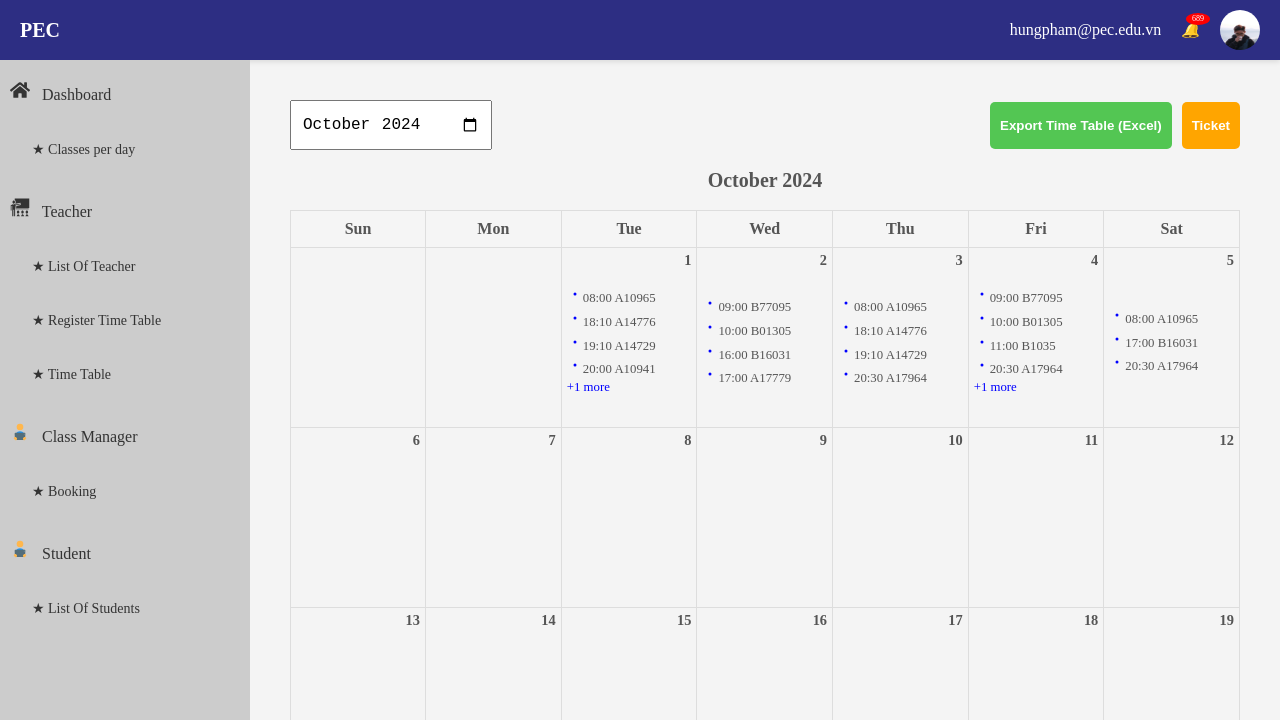
Repository: BitDanceLabels/Bumblebee_BDG
Page: /teacher-timetable
An editor plug-in stored every save of this project. The page is shown before and after the next save, followed by the edit.
The browser window is 1280 px wide. The pictures show the whole page.
An inner scrolling area shows only its first screen. The project was rebuilt for these pictures with package versions that can differ from the ones it lists, and the page was loaded fresh each time. Also part of the build but not shown: vite.config.js, src/components/Dashboard/ScheduleComponent.jsx, src/components/Management/Booking.jsx, src/components/modal/CreateStudentModal.jsx, src/components/Student/ListOfStudent.jsx, src/components/modal/CreateTeacherModal.jsx, src/components/Teacher/TeacherTable.jsx, src/components/Teacher/ListOfTeacher.jsx and 9 more. Imported but missing from the stored project, and not drawn on this page: src/components/modal/DeactiveStudentModal.

Above is the page before, as saved 2024-10-07 10:09:28.

### index.html
<!DOCTYPE html>
<html lang="en">
  <head>
    <meta charset="UTF-8" />
    <link rel="icon" type="image/svg+xml" href="/vite.svg" />
    <meta name="viewport" content="width=device-width, initial-scale=1.0" />
    <title>Power English CRM</title>
  </head>
  <body>
    <div id="root"></div>
    <script type="module" src="/src/main.jsx"></script>
  </body>
</html>

### src/main.jsx
import { StrictMode } from 'react'
import { createRoot } from 'react-dom/client'
import MainApp from './pages/MainApp.jsx'
import App from './App.jsx'
import './index.css'

createRoot(document.getElementById('root')).render(
  <StrictMode>
    <MainApp />
  </StrictMode>
)

### src/pages/MainApp.jsx
import React from 'react'
import Header from '../components/General/Header'
import Navbar from '../components//General/Navbar'
import ScheduleComponent from '../components/Dashboard/ScheduleComponent'
import Booking from '../components/Management/Booking'
import ListOfStudent from '../components/Student/ListOfStudent'
import ListOfTeacher from '../components/Teacher/ListOfTeacher'
import { BrowserRouter as Router, Route, Routes } from 'react-router-dom'
import styled from 'styled-components'
import TeacherTabs from '../components/Teacher/TeacherTabs'
import StudentProfile from '../components/Student/StudentProfile'
import TeacherRegisterTimeTable from '../components/Teacher/TeacherRegisterTimeTable'
import TeacherTimeTable from '../components/Teacher/TeacherTimeTable'
import CourseInfo from '../components/Student/CourseInfo'

function MainApp() {
  return (
    <Router>
      <MainAppWrapper>
        <HeaderWrapper>
          <Header />
        </HeaderWrapper>
        <div className="main-layout">
          <NavbarWrapper>
            <Navbar />
          </NavbarWrapper>
          <ContentWrapper>
            <Routes>
              <Route path="/classes" element={<ScheduleComponent />} />
              <Route path="/booking" element={<Booking />} />
              <Route path="/students" element={<ListOfStudent />} />
              <Route path="/teacher" element={<ListOfTeacher />} />
              <Route path="/teacher-profile" element={<TeacherTabs />} />
              <Route path="/student-profile" element={<StudentProfile />} />
              <Route path="/teacher-timetable" element={<TeacherTimeTable />} />
              <Route path="/course-info" element={<CourseInfo />} />
              <Route
                path="/teacher-register"
                element={<TeacherRegisterTimeTable />}
              />
              {/* Add more routes as needed */}
            </Routes>
          </ContentWrapper>
        </div>
      </MainAppWrapper>
    </Router>
  )
}

const MainAppWrapper = styled.main`
  width: 100%;
  display: flex;
  flex-direction: column;
  height: 100vh;

  .main-layout {
    display: flex;
    flex-grow: 1;
  }
`

const HeaderWrapper = styled.header`
  position: fixed;
  top: 0;
  width: 100%;
  z-index: 1000;
  background-color: white;
  box-shadow: 0 2px 5px rgba(0, 0, 0, 0.1);
`

const NavbarWrapper = styled.nav`
  position: fixed;
  top: 60px;
  left: 0;
  height: calc(100vh - 60px);
  width: 250px;
  background-color: #ccc;
  color: white;
  z-index: 1000;
`

const ContentWrapper = styled.div`
  margin-top: 60px;
  margin-left: 250px;
  padding: 20px;
  flex-grow: 1;
  background-color: #f4f4f4;
  min-height: 100%;
  overflow-y: auto;
`

export default MainApp

### src/index.css
/*
--- 01 TYPOGRAPHY SYSTEM

- Font sizes (px)
10 / 12 / 14 / 16 / 18 / 20 / 24 / 30 / 36 / 44 / 52 / 62 / 74 / 86 / 98
h2: 3.6rem
h3: 2.4rem
p: 1.8rem

- Font weights
Default: 400
Medium: 500
Semi-bold: 600
Bold: 700

- Line heights
Default: 1
Small: 1.05
Medium: 1.2
Paragraph default: 1.6
Large: 1.8

- Letter spacing
-0.5px
0.75px


--- 05 SHADOWS

0 2.4rem 4.8rem rgba(0, 0, 0, 0.075);

--- 06 BORDER-RADIUS

Default: 9px
Medium: 11px

--- 07 WHITESPACE

- Spacing system (px)
2 / 4 / 8 / 12 / 16 / 24 / 32 / 48 / 64 / 80 / 96 / 128
*/

/* google font */
@import url('https://fonts.googleapis.com/css2?family=Rubik:wght@400;500;600;700&display=swap');
* {
  padding: 0;
  margin: 0;
  box-sizing: border-box;
}

html {
  /* font-size: 10px; */

  /* 10px / 16px = 0.625 = 62.5% */
  /* Percentage of user's browser font-size setting */
  font-size: 62.5%;
  overflow-x: hidden;

  /* Does NOT work on Safari */
  scroll-behavior: smooth;
}

body {
  font-family: 'Times New Roman', Times, serif;
  line-height: 1;
  font-weight: 400;
  color: #555;
  /* background-color: #f9f9f9; */
  background-color: #f1f3f5;

  /* Only works if there is nothing absolutely positioned in relation to body */
  overflow-x: hidden;
}

/**************************/
/* GENRAL REUSABLE COMPONENTS */
/**************************/

/* container */
.container {
  max-width: 1200px;
  margin: 0 auto;
  padding: 0 1.8rem;
}

@media screen and (min-width: 768px) {
  .container {
    padding: 0 3.4rem;
  }
}

@media screen and (min-width: 1400px) {
  .container {
    padding: 0 1rem;
  }
}

.grid {
  display: grid;
  column-gap: 6.4rem;
  row-gap: 9.6rem;

  /* margin-bottom: 9.6rem; */
}

.flex {
  display: flex;
  align-items: center;
}

/* .grid:last-child {
    margin-bottom: 0;
  } */

.grid:not(:last-child) {
  margin-bottom: 9.6rem;
}

.grid--2-cols {
  grid-template-columns: repeat(2, 1fr);
}

.grid--3-cols {
  grid-template-columns: repeat(3, 1fr);
}

.grid--4-cols {
  grid-template-columns: repeat(4, 1fr);
}

/* .grid--5-cols {
    grid-template-columns: repeat(5, 1fr);
  } */

.grid--center-v {
  align-items: center;
}

.white-space-large {
  margin-bottom: 12.8rem;
}

.white-space-medium {
  margin-bottom: 9.6rem;
}

.white-space-medium--top {
  margin-top: 9.6rem;
}

.white-space-small {
  margin-bottom: 6.4rem;
}

.white-space-small--top {
  margin-top: 6.4rem;
}

/* .heading-primary,
.heading-secondary,
.heading-tertiary {
  font-weight: 700;
  color: #333;
  letter-spacing: -0.5px;
}

.heading-primary {
  font-size: 5.2rem;
  line-height: 1.05;
  margin-bottom: 3.2rem;
}

.heading-secondary {
  font-size: 4.4rem;
  line-height: 1.2;
  margin-bottom: 9.6rem;
}

.heading-tertiary {
  font-size: 3rem;
  line-height: 1.2;
  margin-bottom: 3.2rem;
}

.subheading {
  display: block;
  font-size: 1.6rem;
  font-weight: 500;
  color: #1971c2;
  text-transform: uppercase;
  margin-bottom: 1.6rem;
  letter-spacing: 0.75px;
} */
/*
.btn,
.btn:link,
.btn:visited {
  display: inline-block;

  text-decoration: none;
  font-size: 2rem;
  font-weight: 600;
  padding: 1.6rem 3.2rem;
  border-radius: 9px;

  border: none;
  cursor: pointer;
  font-family: inherit;
  transition: all 0.3s;
}

.btn--full:link,
.btn--full:visited {
  background-color: #1971c2;
  color: #fff;
}

.btn--full:hover,
.btn--full:active {
  background-color: #1971c2;
}

.btn--outline:link,
.btn--outline:visited {
  background-color: #fff;
  color: #555;
}

.btn--outline:hover,
.btn--outline:active {
  background-color: #fdf2e9;
  box-shadow: inset 0 0 0 3px #fff;
}

.btn--form {
  background-color: #45260a;
  color: #fdf2e9;
  align-self: end;
  padding: 1.2rem;
}

.btn--form:hover {
  background-color: #fff;
  color: #555;
}
*/
/* .link:link,
.link:visited {
  display: inline-block;
  color: #1971c2;
  text-decoration: none;
  border-bottom: 1px solid currentColor;
  padding-bottom: 2px;
  transition: all 0.3s;
}

.link:hover,
.link:active {
  color: #1971c2;
  border-bottom: 1px solid transparent;
}

.list {
  list-style: none;
  display: flex;
  flex-direction: column;
  gap: 1.6rem;
}

.list-item {
  font-size: 1.8rem;
  display: flex;
  align-items: center;
  gap: 1.6rem;
  line-height: 1.2;
}

.list-icon {
  width: 3rem;
  height: 3rem;
  color: #1971c2;
} */

/**/
/* *:focus {
  outline: none;
  box-shadow: 0 0 0 0.3rem #1971c2;
} */

/* HELPER/SETTINGS CLASSES */
.margin-right-sm {
  margin-right: 1.6rem !important;
}

.margin-bottom-md {
  margin-bottom: 4.8rem !important;
}

.center-text {
  text-align: center;
}

strong {
  font-weight: 500;
}

### src/components/General/Header.jsx
import React from 'react'
import avt from '../../assets/avt.jpg'
import styled from 'styled-components'

const Header = () => {
  return (
    <HeaderWrapper>
      <header className="header">
        <div className="header-left">
          <h1>PEC</h1>
        </div>
        <div className="header-right">
          <span className="account-email">hungpham@pec.edu.vn</span>
          <div className="notification">
            <i className="bell-icon">🔔</i>
            <span className="notification-count">689</span>
          </div>
          <img src={avt} alt="avatar" className="avatar" />
        </div>
      </header>
    </HeaderWrapper>
  )
}

const HeaderWrapper = styled.header`
  .header {
    background-color: #2d2e83;
    color: white;
    display: flex;
    justify-content: space-between;
    align-items: center;
    padding: 10px 20px;
  }

  .header-left h1 {
    margin: 0;
    font-size: 2rem;
  }

  .header-right {
    display: flex;
    align-items: center;
  }

  .account-email {
    margin-right: 20px;
    font-size: 1.6rem;
  }

  .notification {
    position: relative;
    margin-right: 20px;
  }

  .bell-icon {
    font-size: 1.5em;
    cursor: pointer;
  }

  .notification-count {
    position: absolute;
    top: -10px;
    right: -10px;
    background-color: red;
    color: white;
    border-radius: 50%;
    padding: 2px 6px;
    font-size: 0.8em;
  }

  .avatar {
    width: 40px;
    height: 40px;
    border-radius: 50%;
    cursor: pointer;
  }
`

export default Header

### src/components/General/Navbar.jsx
import React, { useState } from 'react'
import styled from 'styled-components'
import { FaHome } from 'react-icons/fa'
import { GiTeacher } from 'react-icons/gi'
import { FcReadingEbook } from 'react-icons/fc'
import { Link } from 'react-router-dom' // Import Link from react-router-dom

const Navbar = () => {
  const [activeItem, setActiveItem] = useState('dashboard')

  const handleItemClick = (item) => {
    setActiveItem(item)
  }

  return (
    <NavbarWrapper>
      <nav className="navbar">
        <ul>
          <li onClick={() => handleItemClick('classes')}>
            <Link to="/classes">
              <FaHome style={{ marginRight: '8px', fontSize: '20px' }} />{' '}
              Dashboard
            </Link>
          </li>

          {/* Submenu for Classes per day */}
          <ul className="sub-menu">
            <li
              className={activeItem === 'classes' ? 'active' : ''}
              onClick={() => handleItemClick('classes')}
            >
              <Link to="/classes">★ Classes per day</Link>
            </li>
          </ul>

          <li onClick={() => handleItemClick('teacher')}>
            <Link to="/teacher">
              <GiTeacher style={{ marginRight: '8px', fontSize: '20px' }} />{' '}
              Teacher
            </Link>
          </li>

          {/* Submenu for List Of Teacher */}
          <ul className="sub-menu">
            <li
              className={activeItem === 'teacher' ? 'active' : ''}
              onClick={() => handleItemClick('teacher')}
            >
              <Link to="/teacher">★ List Of Teacher</Link>
            </li>

            <li
              className={activeItem === 'teacher-register' ? 'active' : ''}
              onClick={() => handleItemClick('teacher-register')}
            >
              <Link to="/teacher-register">★ Register Time Table</Link>
            </li>

            <li
              className={activeItem === 'teacher-timetable' ? 'active' : ''}
              onClick={() => handleItemClick('teacher-timetable')}
            >
              <Link to="/teacher-timetable">★ Time Table</Link>
            </li>
          </ul>

          <li onClick={() => handleItemClick('booking')}>
            <Link to="/booking">
              <FcReadingEbook
                style={{ marginRight: '8px', fontSize: '20px' }}
              />{' '}
              Class Manager
            </Link>
          </li>

          {/* Submenu for Booking */}
          <ul className="sub-menu">
            <li
              className={activeItem === 'booking' ? 'active' : ''}
              onClick={() => handleItemClick('booking')}
            >
              <Link to="/booking">★ Booking</Link>
            </li>
          </ul>

          <li onClick={() => handleItemClick('listOfStudent')}>
            <Link to="/students">
              <FcReadingEbook
                style={{ marginRight: '8px', fontSize: '20px' }}
              />{' '}
              Student
            </Link>
          </li>

          {/* Submenu for List Of Students */}
          <ul className="sub-menu">
            <li
              className={activeItem === 'listOfStudent' ? 'active' : ''}
              onClick={() => handleItemClick('listOfStudent')}
            >
              <Link to="/students">★ List Of Students</Link>
            </li>
          </ul>
        </ul>
      </nav>
    </NavbarWrapper>
  )
}

const NavbarWrapper = styled.nav`
  width: 14%;
  .navbar {
    width: 250px;
    background-color: #ccc;
    color: white;
    height: 100%;
  }

  .navbar ul {
    list-style-type: none;
    padding: 0;
    margin: 0;
  }

  .navbar li {
    padding: 10px 0;
    cursor: pointer;
    color: white;
    width: 100%;
  }

  .navbar li a {
    width: 100%;
    padding: 10px;
    color: #333;
    font-weight: 500;
    font-size: 16px;
    display: inline-block;
    transition: transform 0.3s ease;
    text-decoration: none;
  }

  .navbar li:hover a {
    transform: scale(1.2);
    transform-origin: left;
  }

  .navbar li.active {
    background-color: #e1f644;
  }

  /* Submenu styles */
  .sub-menu {
    list-style-type: none;
    padding-left: 20px;
  }

  .sub-menu li {
    padding: 10px 0;
  }

  .sub-menu li a {
    font-size: 14px;
    width: 100%;
    padding-left: 32px;
  }
`

export default Navbar

### src/components/Teacher/TeacherTimeTable.jsx
import React, { useState, useRef } from 'react'
import styled from 'styled-components'
import { BsDot } from 'react-icons/bs'

// Styled components
const Container = styled.div`
  padding: 20px;
`

const Header = styled.div`
  display: flex;
  justify-content: space-between;
  align-items: center;
  margin-bottom: 20px;
`

const ButtonWrapper = styled.div``

const Button = styled.button`
  padding: 16px 10px;
  background-color: #53c653;
  border: none;
  color: white;
  border-radius: 5px;
  cursor: pointer;
  font-weight: bold;

  &:hover {
    background-color: #46b346;
  }
`

const ExcelButton = styled.button`
  padding: 16px 10px;
  background-color: #53c653;
  border: none;
  color: white;
  border-radius: 5px;
  cursor: pointer;
  font-weight: bold;
  margin-right: 10px;

  &:hover {
    background-color: #46b346;
  }
`

const TicketButton = styled.button`
  padding: 16px 10px;
  background-color: orange;
  border: none;
  color: white;
  border-radius: 5px;
  cursor: pointer;
  font-weight: bold;

  &:hover {
    background-color: #46b346;
  }
`

const CancelButton = styled.button`
  padding: 16px 10px;
  background-color: red;
  border: none;
  color: white;
  border-radius: 5px;
  cursor: pointer;
  font-weight: bold;

  &:hover {
    background-color: #46b346;
  }
`

const SubmitButton = styled.button`
  padding: 16px 10px;
  background-color: #53c653;
  border: none;
  color: white;
  border-radius: 5px;
  cursor: pointer;
  font-weight: bold;

  &:hover {
    background-color: #46b346;
  }
`

const Month = styled.h3`
  text-align: center;
  font-size: 20px;
`

const CalendarTable = styled.table`
  width: 100%;
  border-collapse: collapse;
  margin-top: 20px;
`

const CalendarHeader = styled.th`
  padding: 10px;
  border: 1px solid #ddd;
  background-color: #f5f5f5;
  text-align: center;
  font-size: 16px;
`

const CalendarCell = styled.td`
  vertical-align: center;
  border: 1px solid #ddd;
  position: relative;
  padding: 5px;
  width: 150px; // Set fixed width
  height: 180px;
  font-size: 16px;
`

const DayNumber = styled.div`
  position: absolute;
  top: 5px;
  right: 5px;
  font-size: 0.9em;
  font-weight: bold;
`

const Event = styled.div`
  font-size: 0.8em;
  margin-top: 5px;
`

const InputCustom = styled.input`
  height: 50px;
  padding: 5px 10px;
  font-size: 16px;
`

const RowWrapper = styled.div`
  display: flex;
  align-items: center;
`

const MiniModal = styled.div`
  position: absolute;
  background-color: white;
  border: 1px solid #ccc;
  border-radius: 5px;
  padding: 20px 16px;
  z-index: 10;
  width: 200px; // Same width as CalendarCell
  top: ${({ position }) => position.top}px;
  left: ${({ position }) => position.left}px;
`

const CloseButton = styled.button`
  padding: 10px;
  background-color: #53c653;
  border: none;
  color: white;
  border-radius: 5px;
  cursor: pointer;
  margin-left: auto;
  margin-top: 10px;

  &:hover {
    background-color: #46b346;
  }
`

const FullModalOverlay = styled.div`
  position: fixed;
  top: 0;
  left: 0;
  width: 100vw;
  height: 100vh;
  background-color: rgba(0, 0, 0, 0.5);
  display: ${({ show }) => (show ? 'block' : 'none')};
`

const FullModal = styled.div`
  position: fixed;
  top: 50%;
  left: 50%;
  transform: translate(-50%, -50%);
  background-color: white;
  padding: 30px;
  border-radius: 10px;
  width: 400px;
  box-shadow: 0 0 15px rgba(0, 0, 0, 0.2);
  z-index: 999;
`

const ModalContent = styled.div`
  display: flex;
  flex-direction: column;
`

const SelectClass = styled.select`
  padding: 10px;
  margin-bottom: 20px;
  font-size: 16px;
`

const TextArea = styled.textarea`
  padding: 10px;
  font-size: 16px;
  resize: none;
  height: 100px;
  margin-bottom: 20px;
`

const ModalButtonWrapper = styled.div`
  display: flex;
  justify-content: flex-end;
  gap: 10px;
`

const TeacherTimeTable = () => {
  const [selectedDate, setSelectedDate] = useState(new Date())
  const [isModalOpen, setIsModalOpen] = useState(false)
  const [isFullModalOpen, setIsFullModalOpen] = useState(false) // Modal trạng thái mới
  const [currentEvents, setCurrentEvents] = useState([])
  const [modalPosition, setModalPosition] = useState({ top: 0, left: 0 })
  const cellRef = useRef(null)

  const getCurrentMonth = () => {
    const year = selectedDate.getFullYear()
    const month = (selectedDate.getMonth() + 1).toString().padStart(2, '0')
    return `${year}-${month}`
  }

  const handleMonthChange = (event) => {
    const [year, month] = event.target.value.split('-')
    setSelectedDate(new Date(year, month - 1, 1))
  }

  const daysOfWeek = ['Sun', 'Mon', 'Tue', 'Wed', 'Thu', 'Fri', 'Sat']

  const events = {
    1: [
      '08:00 A10965',
      '18:10 A14776',
      '19:10 A14729',
      '20:00 A10941',
      '21:00 B60002'
    ],
    2: ['09:00 B77095', '10:00 B01305', '16:00 B16031', '17:00 A17779'],
    3: ['08:00 A10965', '18:10 A14776', '19:10 A14729', '20:30 A17964'],
    4: [
      '09:00 B77095',
      '10:00 B01305',
      '11:00 B1035',
      '20:30 A17964',
      '21:00 B96002'
    ],
    5: ['08:00 A10965', '17:00 B16031', '20:30 A17964']
  }

  const openModal = (dayEvents, event) => {
    const rect = event.target.getBoundingClientRect()
    setModalPosition({
      top: rect.top + window.scrollY + rect.height,
      left: rect.left + window.scrollX
    })
    setCurrentEvents(dayEvents)
    setIsModalOpen(true)
  }

  const closeModal = () => {
    setIsModalOpen(false)
    setCurrentEvents([])
  }

  const openFullModal = () => {
    setIsFullModalOpen(true)
  }

  const closeFullModal = () => {
    setIsFullModalOpen(false)
  }

  const generateCalendar = () => {
    const year = selectedDate.getFullYear()
    const month = selectedDate.getMonth()
    const firstDayOfMonth = new Date(year, month, 1).getDay()
    const daysInMonth = new Date(year, month + 1, 0).getDate()

    let calendar = []
    let week = []
    let dayCounter = 1

    for (let i = 0; i < firstDayOfMonth; i++) {
      week.push(<CalendarCell key={`empty-${i}`} />)
    }

    while (dayCounter <= daysInMonth) {
      for (let i = week.length; i < 7; i++) {
        if (dayCounter <= daysInMonth) {
          const dayEvents = events[dayCounter] || []
          const eventLimit = 4
          const moreCount = dayEvents.length - eventLimit

          week.push(
            <CalendarCell key={dayCounter} ref={cellRef}>
              <DayNumber>{dayCounter}</DayNumber>
              {dayEvents.slice(0, eventLimit).map((event, index) => (
                <RowWrapper key={index}>
                  <Event>
                    <BsDot fontSize={16} color="blue" />
                    {event}
                  </Event>
                </RowWrapper>
              ))}
              {moreCount > 0 && (
                <Event
                  onClick={(e) => openModal(dayEvents, e)}
                  style={{ color: 'blue', cursor: 'pointer' }}
                >
                  +{moreCount} more
                </Event>
              )}
            </CalendarCell>
          )
          dayCounter++
        } else {
          week.push(<CalendarCell key={`empty-${i}`} />)
        }
      }
      calendar.push(<tr key={`week-${calendar.length}`}>{week}</tr>)
      week = []
    }

    return calendar
  }

  return (
    <Container>
      <Header>
        <div>
          <InputCustom
            type="month"
            value={getCurrentMonth()}
            onChange={handleMonthChange}
          />
        </div>
        <ButtonWrapper>
          <ExcelButton>Export Time Table (Excel)</ExcelButton>
          <TicketButton onClick={openFullModal}>Ticket</TicketButton>{' '}
          {/* Nút mở modal */}
        </ButtonWrapper>
      </Header>
      <Month>
        {selectedDate.toLocaleString('default', { month: 'long' })}{' '}
        {selectedDate.getFullYear()}
      </Month>
      <CalendarTable>
        <thead>
          <tr>
            {daysOfWeek.map((day) => (
              <CalendarHeader key={day}>{day}</CalendarHeader>
            ))}
          </tr>
        </thead>
        <tbody>{generateCalendar()}</tbody>
      </CalendarTable>

      {/* Mini modal */}
      {isModalOpen && (
        <MiniModal position={modalPosition}>
          {currentEvents.map((event, index) => (
            <div key={index}>
              <BsDot fontSize={16} color="blue" />
              {event}
            </div>
          ))}
          <CloseButton onClick={closeModal}>Close</CloseButton>
        </MiniModal>
      )}

      {/* Full screen modal */}
      <FullModalOverlay show={isFullModalOpen}>
        <FullModal>
          <ModalContent>
            {/* Combobox chọn lớp và thời gian */}
            <SelectClass>
              {Object.keys(events).map((day) =>
                events[day].map((event, index) => (
                  <option key={`${day}-${index}`} value={`${day} - ${event}`}>
                    {`Day ${day}: ${event}`}
                  </option>
                ))
              )}
            </SelectClass>

            {/* Combobox chọn trạng thái */}
            <SelectClass>
              <option value="defer">Defer</option>
              <option value="cancel">Cancel</option>
            </SelectClass>

            {/* Textarea nhập lý do */}
            <TextArea placeholder="Enter your reason" />

            <ModalButtonWrapper>
              <CancelButton onClick={closeFullModal}>Cancel</CancelButton>
              <SubmitButton>Submit</SubmitButton>
            </ModalButtonWrapper>
          </ModalContent>
        </FullModal>
      </FullModalOverlay>
    </Container>
  )
}

export default TeacherTimeTable

After the next save:
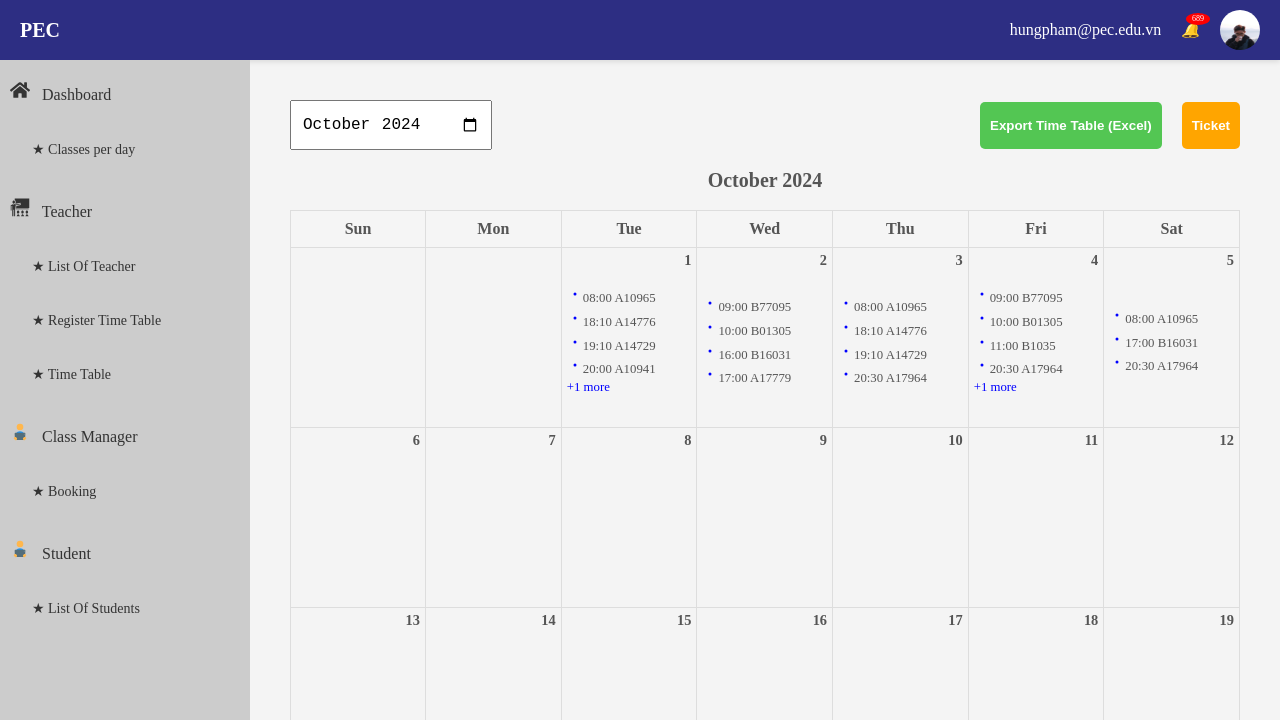
Saved 31 s later.
--- a/src/components/Teacher/TeacherTimeTable.jsx
+++ b/src/components/Teacher/TeacherTimeTable.jsx
@@ -38,7 +38,7 @@ const ExcelButton = styled.button`
   border-radius: 5px;
   cursor: pointer;
   font-weight: bold;
-  margin-right: 10px;
+  margin-right: 20px;
 
   &:hover {
     background-color: #46b346;
